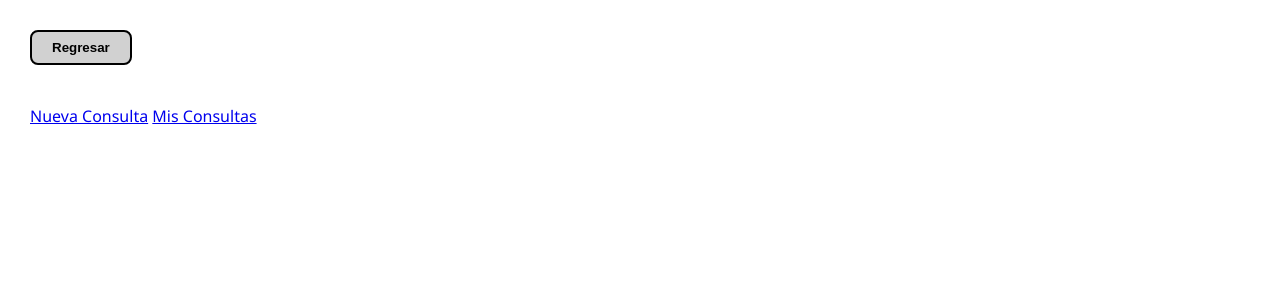
Repository: Devcodery/Trabajo-Fin-de-Grado
Page: http://localhost/Proyecto_Grupo3/vistas/portalCliente.jsp
An editor plug-in stored every save of this project. The page is shown before and after a run of saves, followed by the edit.
The browser window is 1280 px wide. The pictures show the whole page.
The page is served by Tomcat 9.

Above is the page before, as saved 2026-05-06 18:24:11.

After the next 2 saves:
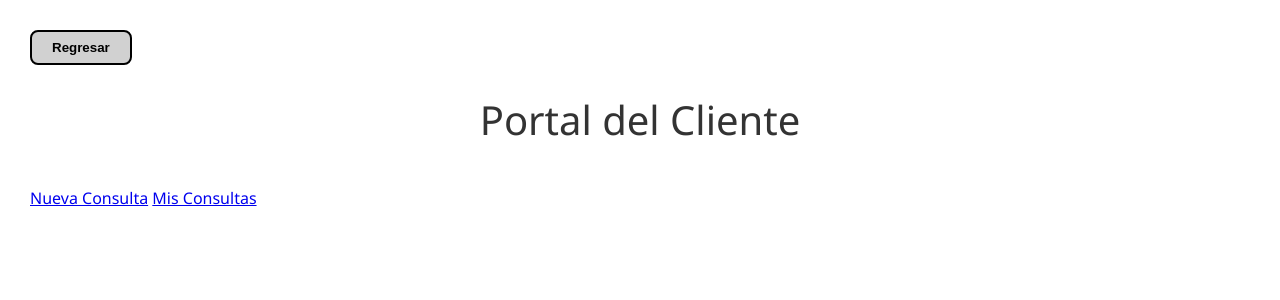
The 2 saves are shown as one change because they came seconds apart.
The last was saved 8 s later.
--- a/java/Proyecto_Grupo3/src/main/webapp/vistas/portalCliente.jsp
+++ b/java/Proyecto_Grupo3/src/main/webapp/vistas/portalCliente.jsp
@@ -11,7 +11,7 @@
 	<div class="nav">
         <button class="btn">Regresar</button>
     </div>
-    <h1 class="titulo"> </h1>
+    <h1 class="titulo">Portal del Cliente</h1>
 	<a href="/formularioSolicitud.php">Nueva Consulta</a>
 	<a href="/">Mis Consultas</a>
 </body>
